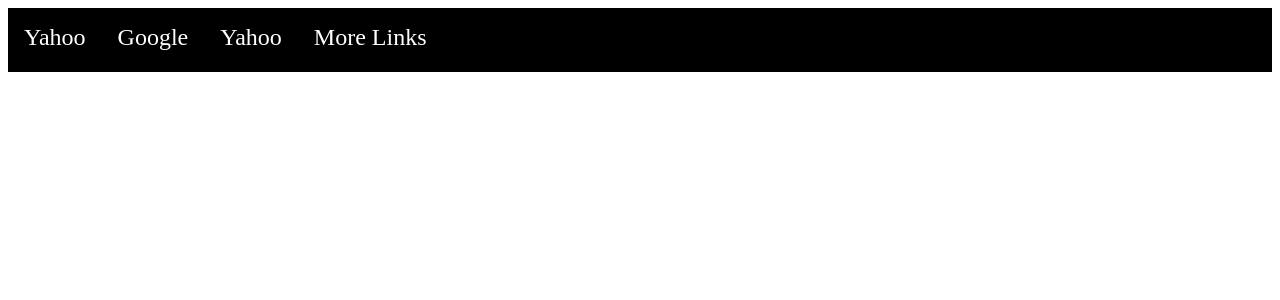
Repository: Zatarain10/Zatarain10.github.io
Page: index.html
The author's editor kept a record of every edit. The page is drawn from the files as they stood at one moment, then again after the next edit.
The browser window is 1280 px wide. The pictures show the whole page.

Above is the page before.

### index.html
<!DOCTYPE html>
<html>
  <head>

    <title>repl.it</title>

    <style>
      .navbar{
        background-color: black;
        width: 100%;
        height: 64px;
      }

      .navbar a, .morelinks {
        color: white;
        font-size: 24px;
        text-decoration: none;
        font-family: Comic Sans MS;
        padding:16px;
        float:left;
      }

      .morelinks{
          color: white;

      }

      .navbar a:hover, .morelinks:hover{
        background-color: cyan;
      }

      .dropdown:hover .dropdown-content{
        display:block;
      }

      .dropdown-content{
        position: absolute;
        z-index:1;
        display:none;
      }

      .dropdown{
        background-color:black;
        color:white;
        float:left;
        text-decoration:none;
        font-size: 24px;
      }

      .dropdown-content a{
          float:none;
          display:block;
      }


    </style>

  </head>
  <body>
    <div class="navbar">
      <a href="https://www.yahoo.com">Yahoo</a>
      <a href="https://www.google.com">Google</a>
      <a href="https://www.yahoo.com">Yahoo</a>
      <div class="dropdown">
        <div class="morelinks">More Links</div>
        <div class="dropdown-content">
            <a href="https://www.awseducate.com">AWS Educate</a>
            <a href="https://www.collegeboard.org">College Board</a>
        </div>
      </div>

    </div>
  </body>
</html>

After the next edit:
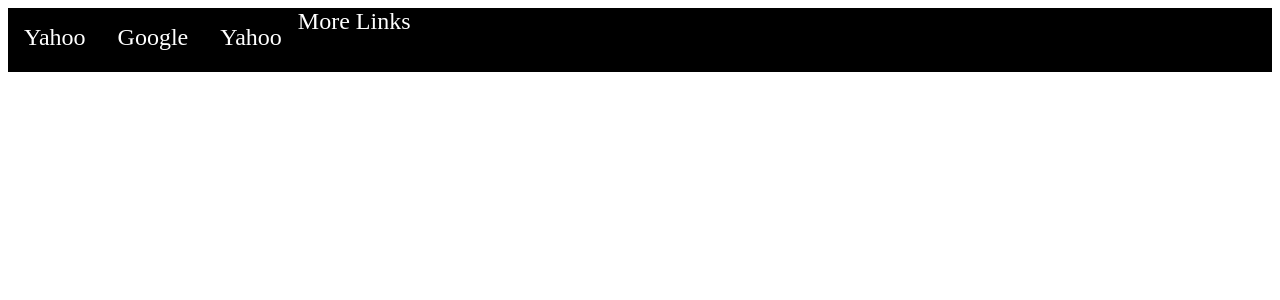
The edit:
--- a/index.html
+++ b/index.html
@@ -11,7 +11,7 @@
         height: 64px;
       }
 
-      .navbar a, .morelinks {
+      .navbar a{
         color: white;
         font-size: 24px;
         text-decoration: none;

After the edit that followed:
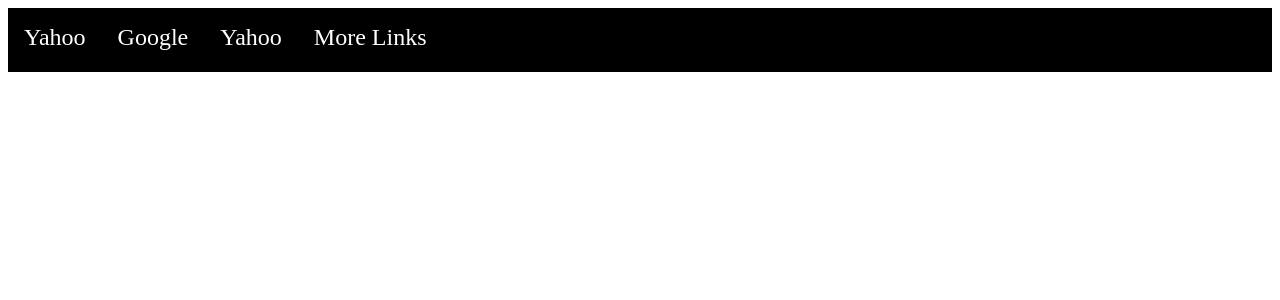
The edit:
--- a/index.html
+++ b/index.html
@@ -22,7 +22,10 @@
 
       .morelinks{
           color: white;
-
+          font-size: 24px;
+          text-decoration:none;
+          padding:16px;
+          float:left;
       }
 
       .navbar a:hover, .morelinks:hover{
